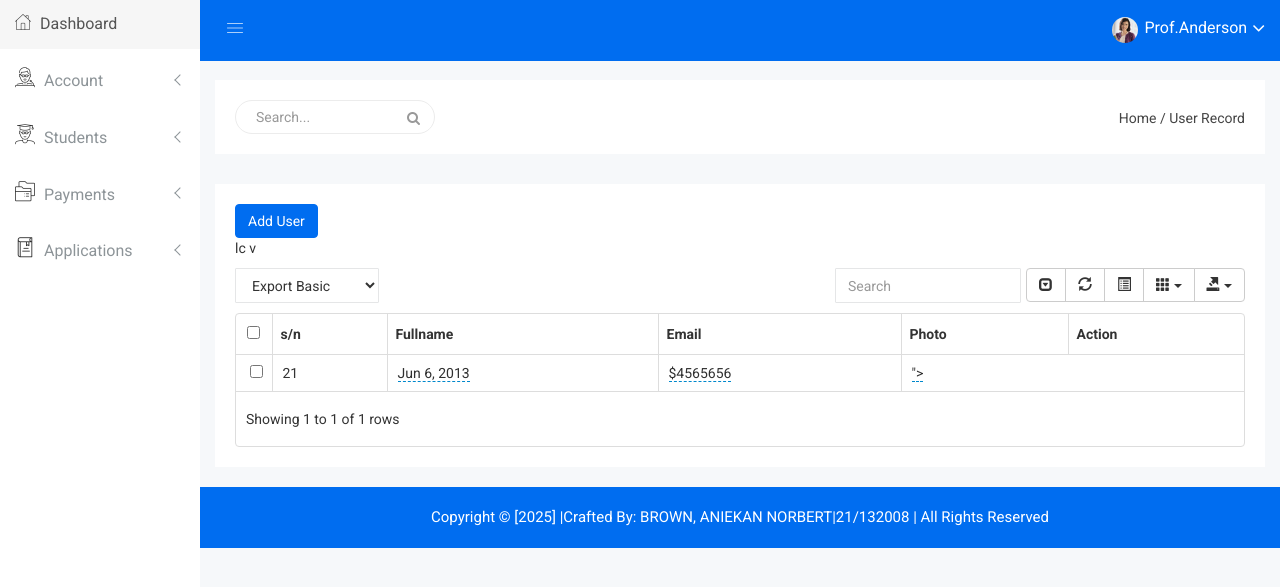
Repository: walterjnr1/crowdfunding-system
Page: http://localhost/Admin/user_record.php
An editor plug-in stored every save of this project. The page is shown before and after a run of saves, followed by the edit.
The browser window is 1280 px wide. The pictures show the whole page.
The page is run by PHP 8.4 with error messages shown; the project is at /var/www/html/.

Above is the page before, as saved 2025-02-20 11:28:59.
Console error (its wording comes from the project's code and is left out).

After the next 2 saves:
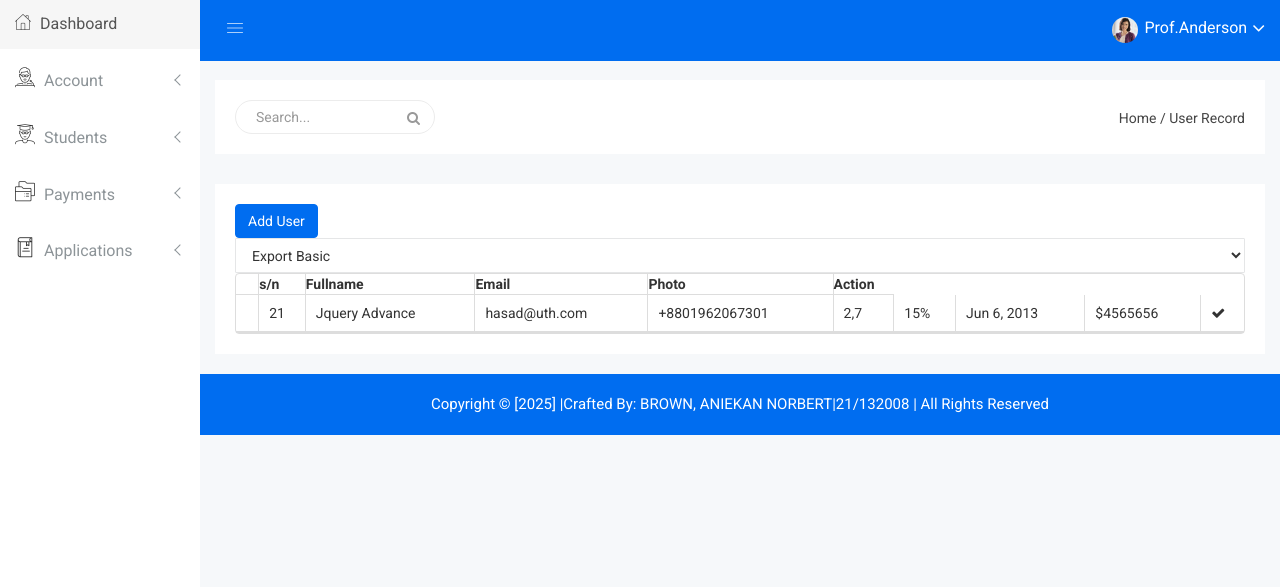
The 2 saves are shown as one change because they came seconds apart.
The last was saved 24 s later.
--- a/Admin/user_record.php
+++ b/Admin/user_record.php
@@ -128,7 +128,12 @@
                                              <tr>
                                                 <td></td>
                                                 <td>21</td>
-                                                lc v
+                                                <td>Jquery Advance</td>
+                                                <td>hasad@uth.com</td>
+                                                <td>+8801962067301</td>
+                                                <td class="datatable-ct"><span class="pie">2,7</span>
+                                                </td>
+                                                <td>15%</td>
                                                 <td>Jun 6, 2013</td>
                                                 <td>$4565656</td>
                                                 <td class="datatable-ct"><i class="fa fa-check"></i>

After the save that followed:
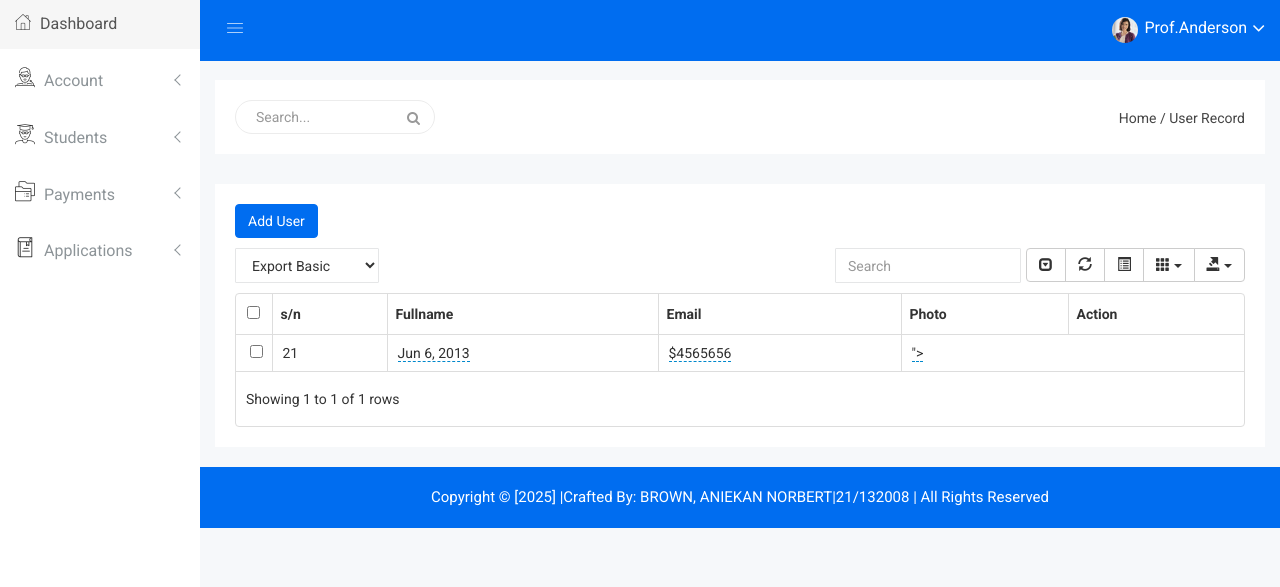
Saved 7 s later.
--- a/Admin/user_record.php
+++ b/Admin/user_record.php
@@ -128,13 +128,7 @@
                                              <tr>
                                                 <td></td>
                                                 <td>21</td>
-                                                <td>Jquery Advance</td>
-                                                <td>hasad@uth.com</td>
-                                                <td>+8801962067301</td>
-                                                <td class="datatable-ct"><span class="pie">2,7</span>
-                                                </td>
-                                                <td>15%</td>
-                                                <td>Jun 6, 2013</td>
+                                                 <td>Jun 6, 2013</td>
                                                 <td>$4565656</td>
                                                 <td class="datatable-ct"><i class="fa fa-check"></i>
                                                 </td>
